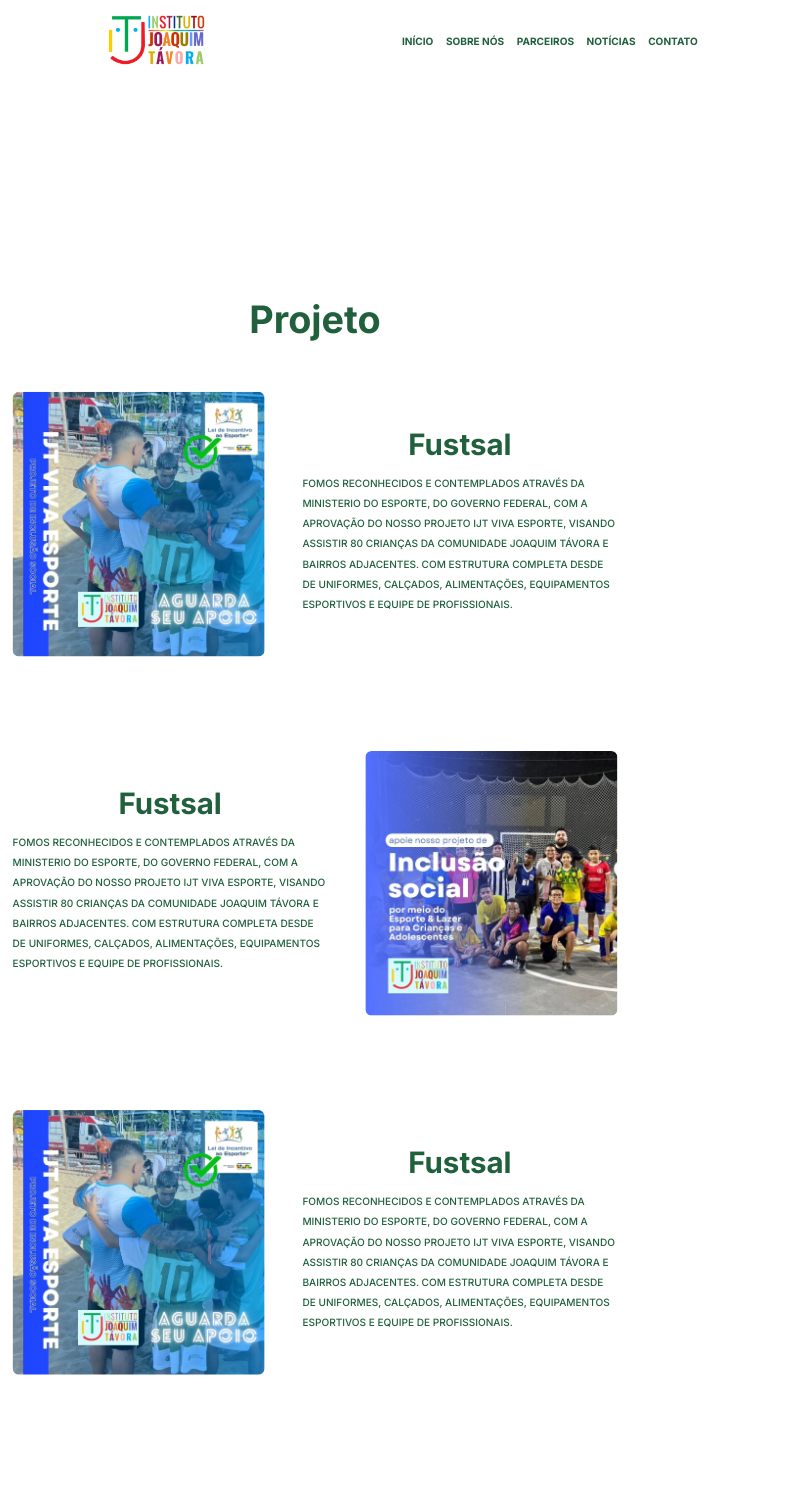
Repository: MarcelloMello90/itj2
Page: index.html
These files come from the project's save history. The page is drawn as it stood at one moment and after the next save; the edit follows.
The browser window is 1280 px wide. The pictures show the whole page, at 63% of full size.

Above is the page before, as saved 2024-07-24 14:04:39.

After the next save:
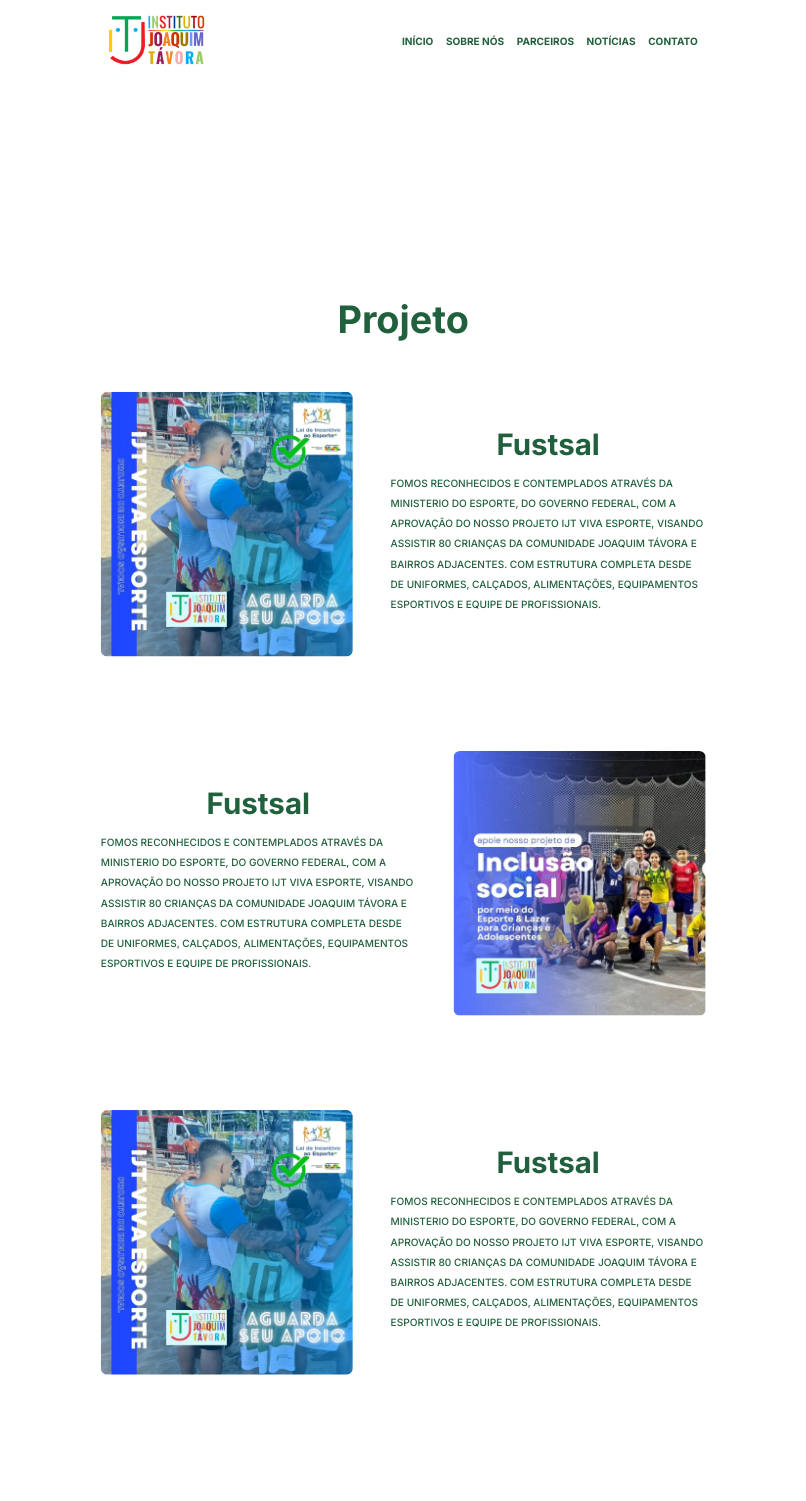
Saved 3 min 27 s later.
--- a/style.css
+++ b/style.css
@@ -194,9 +194,12 @@
 
 /* section3 */
 #section3{
- display: flex;
- flex-direction: column;
- width: 100%;
+  width: 100%;
+
+  width: 100%;
+  height: 100%;
+  display: flex;
+  justify-content: center;
 }
 
 .wrapper_section3{
